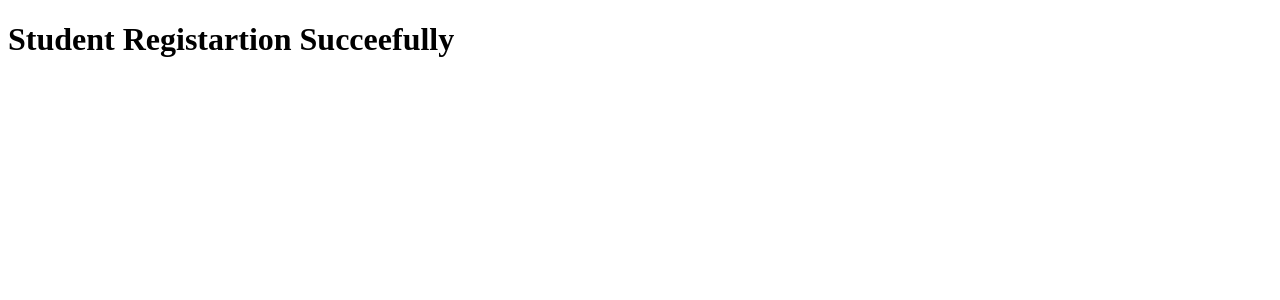
Repository: bagwansohel/MAHADBT
Page: http://localhost/MAHADBT/Project/html/RegistrationDetails.jsp
These files come from the project's save history. The page is drawn as it stood at one moment and after the next save; the edit follows.
The browser window is 1280 px wide. The pictures show the whole page.
The page is served by Tomcat 9. Nobody is signed in. The application's start-up code is not run. Other server files are loaded and not shown.

Above is the page before, as saved 2021-06-13 13:27:33.

### MAHADBT/WebContent/Project/html/RegistrationDetails.jsp
<%@ page language="java" contentType="text/html; charset=ISO-8859-1"
    pageEncoding="ISO-8859-1"%>
<!DOCTYPE html>
<html>
<head>
<meta charset="ISO-8859-1">
<title>Registration Details</title>
</head>
<body>
<h1>Student Registartion Succeefully</h1>
</body>
</html>

After the next save:
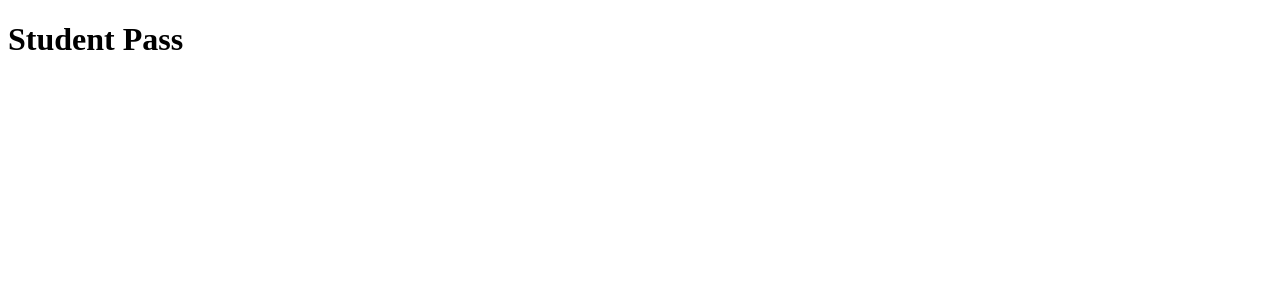
Saved 19 s later.
--- a/MAHADBT/WebContent/Project/html/RegistrationDetails.jsp
+++ b/MAHADBT/WebContent/Project/html/RegistrationDetails.jsp
@@ -7,6 +7,6 @@
 <title>Registration Details</title>
 </head>
 <body>
-<h1>Student Registartion Succeefully</h1>
+<h1>Student Pass</h1>
 </body>
 </html>
